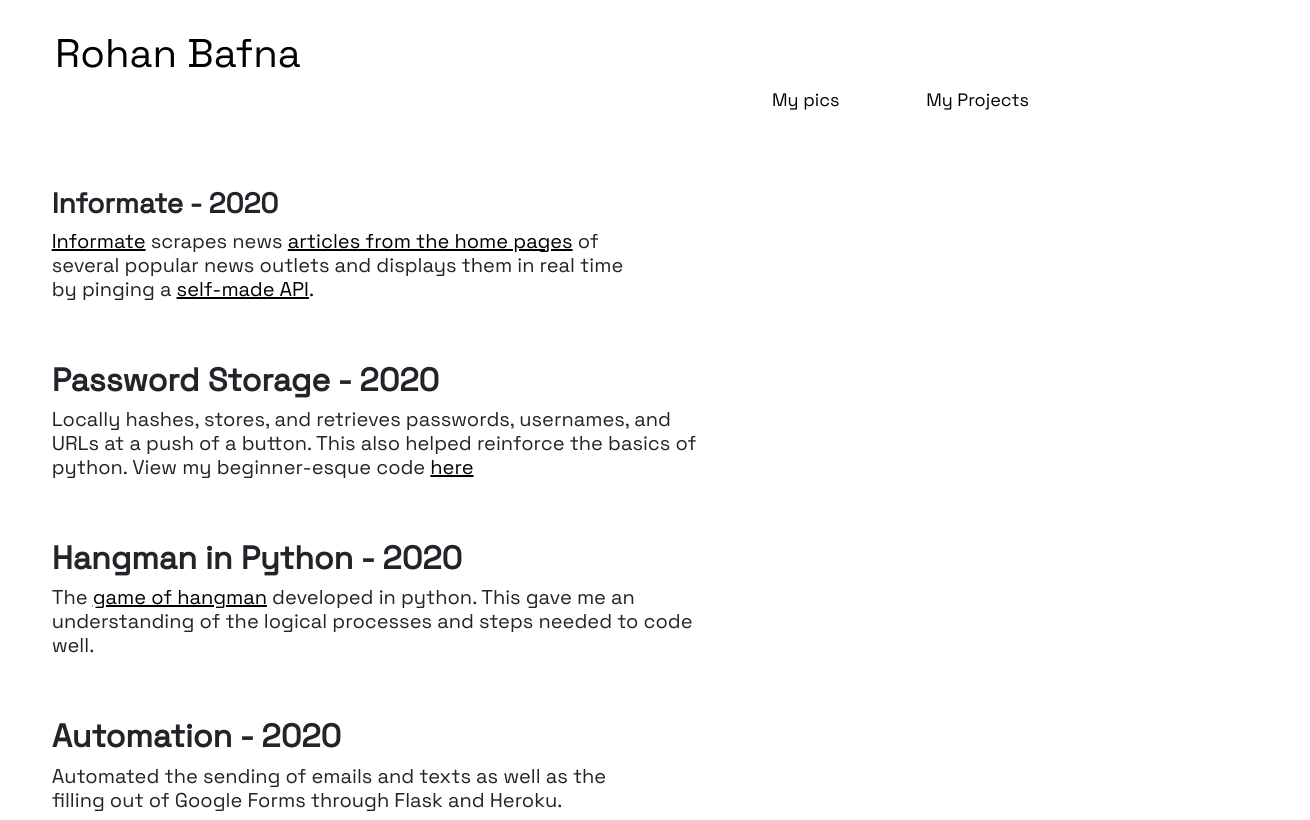
Repository: rbafna6507/rbafna6507.github.io
Page: actualprojects.html
The author's editor kept a copy of each file at every save. The page is drawn from the files as they stood at one save, then again after the next save.
The browser window is 1280 px wide. The page is 1310 px wide, so the pictures cover 1310 px, including what lies to the right of the window. The pictures show the whole page.

Above is the page before, as saved 2020-12-20 20:47:46.

### actualprojects.html
<!DOCTYPE HTML>
<html>
<head>
    <link rel="shortcut icon" type="image/png" href="circular actual atom logo.png"/>
    <title>my projects</title>
    <link href= "projects.css" type= "text/css" rel= "stylesheet">
    <link rel="preconnect" href="https://fonts.gstatic.com">
    <script src="https://cdn.jsdelivr.net/npm/bootstrap@5.0.0-beta1/dist/js/bootstrap.bundle.min.js" integrity="sha384-ygbV9kiqUc6oa4msXn9868pTtWMgiQaeYH7/t7LECLbyPA2x65Kgf80OJFdroafW" crossorigin="anonymous"></script>
    <link href="https://cdn.jsdelivr.net/npm/bootstrap@5.0.0-beta1/dist/css/bootstrap.min.css" rel="stylesheet" integrity="sha384-giJF6kkoqNQ00vy+HMDP7azOuL0xtbfIcaT9wjKHr8RbDVddVHyTfAAsrekwKmP1" crossorigin="anonymous">
<link href="https://fonts.googleapis.com/css2?family=Space+Grotesk:wght@300;400&display=swap" rel="stylesheet">
</head>
<body>
    <div id= "navbar">
        <header class= "header">
            <div id="hi">
              <a href= "index.html"><h1>Rohan Bafna</h1></a>
            </div>
            <div class= "leftsidelist">
                <ul>
                    <a href= "pics.html"><li class= "about">My pics</li></a>
                    <a href= "actualprojects.html"><li class= "projects">My Projects</li></a>
                </ul>
            </div>
        </header>


    </div>
    <div class="row justify-content-around">
        <div class="col-4">
            <div id = "informate" class = "small" onmouseover="document.getElementById('informate_img').style.visibility = 'visible';" onmouseout = "document.getElementById('informate_img').style.visibility = 'hidden';">
                <h3><strong>Informate - 2020</strong></h3>
                <h5><a href = "https://newsaggregator-frontend.vercel.app"><u>Informate</u></a> scrapes news <a href = "https://github.com/rbafna6507/newsaggregator_scraper"><u>articles from the home pages</u></a> of <br>several popular news outlets and displays them in real time <br>by pinging a <a href = "https://github.com/rbafna6507/newsaggregator_backend"><u>self-made API</u>.</a></h5>
            </div>
            <br><br><br>
            <div id = "password" class = "small" onmouseover="document.getElementById('password_img').style.visibility = 'visible';" onmouseout = "document.getElementById('password_img').style.visibility = 'hidden';">
                <h2><strong>Password Storage - 2020</strong></h2>
                <h5>Locally hashes, stores, and retrieves passwords, usernames, and <br>URLs at a push of a button. This also helped reinforce the basics of<br>python. View my beginner-esque code <a href = "https://github.com/rbafna6507/passwordstorageproject"><u>here</u></a></h5>
            </div>
            <br><br><br>
            <div id = "hangman" class = "small" onmouseover="document.getElementById('hangman_img').style.visibility = 'visible';" onmouseout = "document.getElementById('hangman_img').style.visibility = 'hidden';">
                <h2><strong>Hangman in Python - 2020</strong></h2>
                <h5>The <a href = "https://github.com/rbafna6507/hangmanpython"><u>game of hangman</u></a> developed in python. This gave me an <br>understanding of the logical processes and steps needed to code <br>well.</h5>
            </div>
            <br><br><br>
            <div id = "automation" class = "small">
                <h2><strong>Automation - 2020</strong></h2>
                <h5>Automated the sending of emails and texts as well as the <br>filling out of Google Forms through Flask and Heroku.</h5>
            </div>
        </div>
        <div class="col-4">
            <img id = "informate_img" class = "imgs" src = "informate_pic.png">
            <img id = "hangman_img" class = "imgs" src = "hangman_pic.png">
            <img id = "password_img" class = "imgs" src = "password_pic.png">
        </div>
      </div>
</body>
</html>

### projects.css
* {box-sizing:border-box}

* {font-family: 'Space Grotesk', sans-serif;}

body{
  max-height:1000px;
  max-width:1400px
}

div{
  display: inline-block;
}

li{
  display: inline;
  list-style-type: none;
  text-align: left;
  padding-left: 30px;
  font-size: 18px;
  font-weight: 36px;
  width: 150px;
  display: inline-block;
  position: relative;
}

ul{
  display: inline;
  padding: 0;
  text-align: center;
  position: relative;
}

.header {
  font-family: 'Space Grotesk', sans-serif;
  position: relative;
  left: 10px;
  top: 30px;
}

.leftsidelist {
  position: relative;
  margin-left: 680px;
}

#logo {
    display: inline-block;
    width: 40px;
    height: 40px;
    position: relative;
    top: 70px;
    bottom: 400px;
  }

  h1 {

    padding-left: 40px;
    font-size: 36px;
    position: relative;
    right: 15px;
}
  #navbar {
    position: relative;
    left: 20px;
  }

  a:link {
    text-decoration: none;
    color: black;
  }

  a:visited {
    text-decoration: none;
    color: black;
  }

  a:hover {
    color: #ce321e!important;
  }

  a:active {
    color: #ce321e!important;
  }

  .col-4 {
    position: relative;
    margin-right:200px;
    top: 100px;
  }

  img{
    width: 620px;
    height: 500px;
  }

  .small{
    padding-left: 3px;
    padding-top:4px;
    margin-left: 40px;
    width: 650px;
  }

  .imgs{
    margin-top: 55px;
    margin-left: 20px;
  }

  #informate_img{
    visibility: hidden;
  }

  #hangman_img{
    margin-top: -520px;
    visibility: hidden;
  }

  #password_img{
    margin-top: -520px;
    visibility: hidden;
  }

  /* body:not(.mobile) #informate:hover, #informate_img {
    visibility: visible;
  }
  body:not(.mobile) #hangman:hover, #hangman_img {
    visibility: visible;
}

  body:not(.mobile) #password:hover, #password_img {
    visibility: visible;
} */

  .small{
    background-size: 200% 200%;
    background-image:linear-gradient(to top, #f7f7f7 50%, transparent 50%);
    -webkit-transition: background-position 300ms, color 300ms ease, border-color 300ms ease;
    -moz-transition: background-position 300ms, color 300ms ease, border-color 300ms ease;
    -ms-transition: background-position 300ms, color 300ms ease, border-color 300ms ease;
    -o-transition: background-position 300ms, color 300ms ease, border-color 300ms ease;
    transition: background-position 300ms, color 300ms ease, border-color 300ms ease;
}

  .small:hover {color: black;
background-image:
linear-gradient(to top, #f7f7f7 51%, transparent 50%);
background-position: 0 100%;
-webkit-transition: background-position 300ms, color 300ms ease, border-color 300ms ease;
-moz-transition: background-position 300ms, color 300ms ease, border-color 300ms ease;
-ms-transition: background-position 300ms, color 300ms ease, border-color 300ms ease;
-o-transition: background-position 300ms, color 300ms ease, border-color 300ms ease;
transition: background-position 300ms, color 300ms ease, border-color 300ms ease;
}

After the next save:
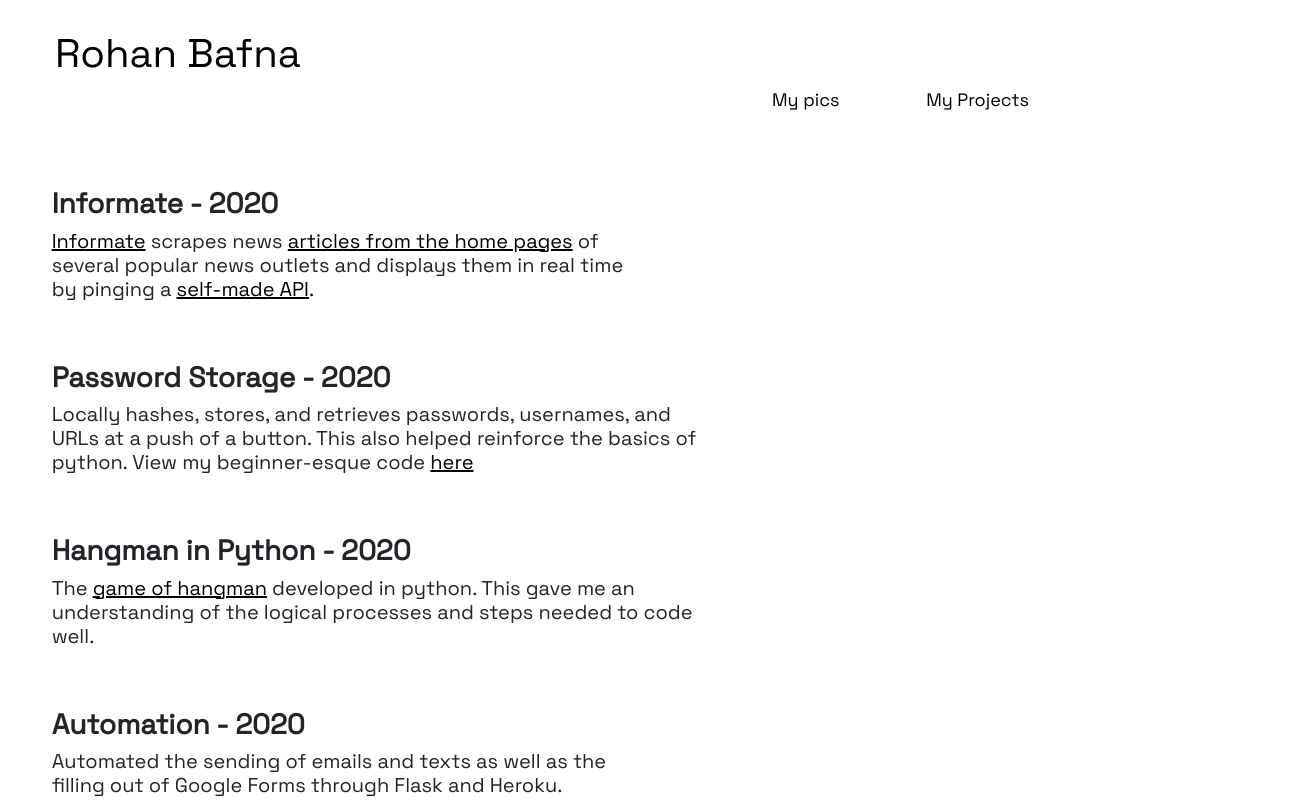
Saved 80 s later.
--- a/actualprojects.html
+++ b/actualprojects.html
@@ -33,17 +33,17 @@
             </div>
             <br><br><br>
             <div id = "password" class = "small" onmouseover="document.getElementById('password_img').style.visibility = 'visible';" onmouseout = "document.getElementById('password_img').style.visibility = 'hidden';">
-                <h2><strong>Password Storage - 2020</strong></h2>
+                <h3><strong>Password Storage - 2020</strong></h3>
                 <h5>Locally hashes, stores, and retrieves passwords, usernames, and <br>URLs at a push of a button. This also helped reinforce the basics of<br>python. View my beginner-esque code <a href = "https://github.com/rbafna6507/passwordstorageproject"><u>here</u></a></h5>
             </div>
             <br><br><br>
             <div id = "hangman" class = "small" onmouseover="document.getElementById('hangman_img').style.visibility = 'visible';" onmouseout = "document.getElementById('hangman_img').style.visibility = 'hidden';">
-                <h2><strong>Hangman in Python - 2020</strong></h2>
+                <h3><strong>Hangman in Python - 2020</strong></h3>
                 <h5>The <a href = "https://github.com/rbafna6507/hangmanpython"><u>game of hangman</u></a> developed in python. This gave me an <br>understanding of the logical processes and steps needed to code <br>well.</h5>
             </div>
             <br><br><br>
             <div id = "automation" class = "small">
-                <h2><strong>Automation - 2020</strong></h2>
+                <h3><strong>Automation - 2020</strong></h3>
                 <h5>Automated the sending of emails and texts as well as the <br>filling out of Google Forms through Flask and Heroku.</h5>
             </div>
         </div>
